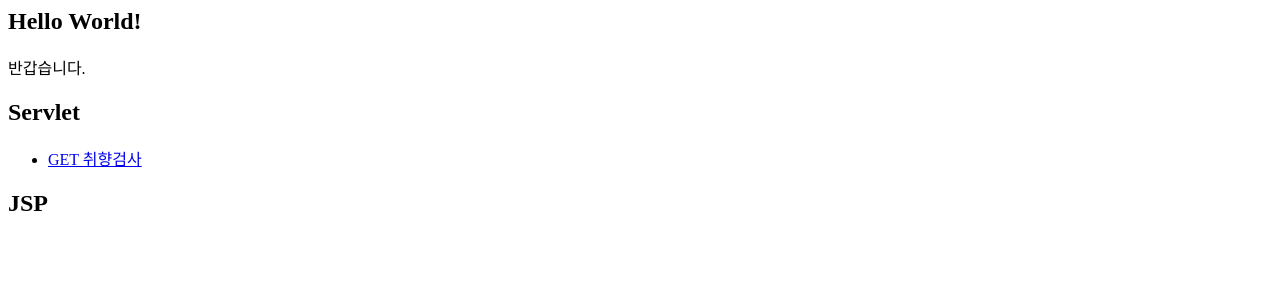
Repository: hjh705/web_server_workspace
Page: http://localhost/hello-web/
The author's editor kept a copy of each file at every save. The page is drawn from the files as they stood at one save, then again after the next save.
The browser window is 1280 px wide. The pictures show the whole page.
The page is served by Tomcat 9.

Above is the page before, as saved 2023-12-06 05:18:42.

After the next save:
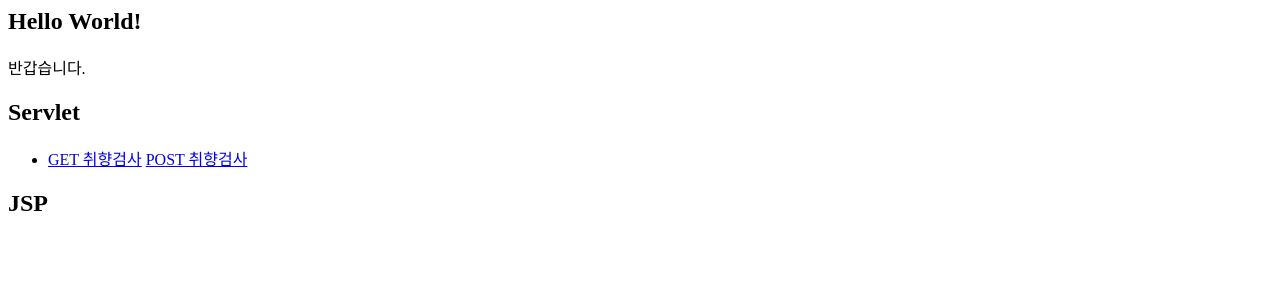
Saved 80 s later.
--- a/hello-web/src/main/webapp/index.jsp
+++ b/hello-web/src/main/webapp/index.jsp
@@ -15,6 +15,7 @@
 		<li>
 			<!-- 서버 절대주소 요청시 /hello-web context-path(앱이름)를 반드시 포함해야 한다 -->
 			<a href="/hello-web/servlet/01_testPerson.html">GET 취향검사</a>
+			<a href="/hello-web/servlet/02_testPerson.html">POST 취향검사</a>
 		</li>
 	</ul>
 
